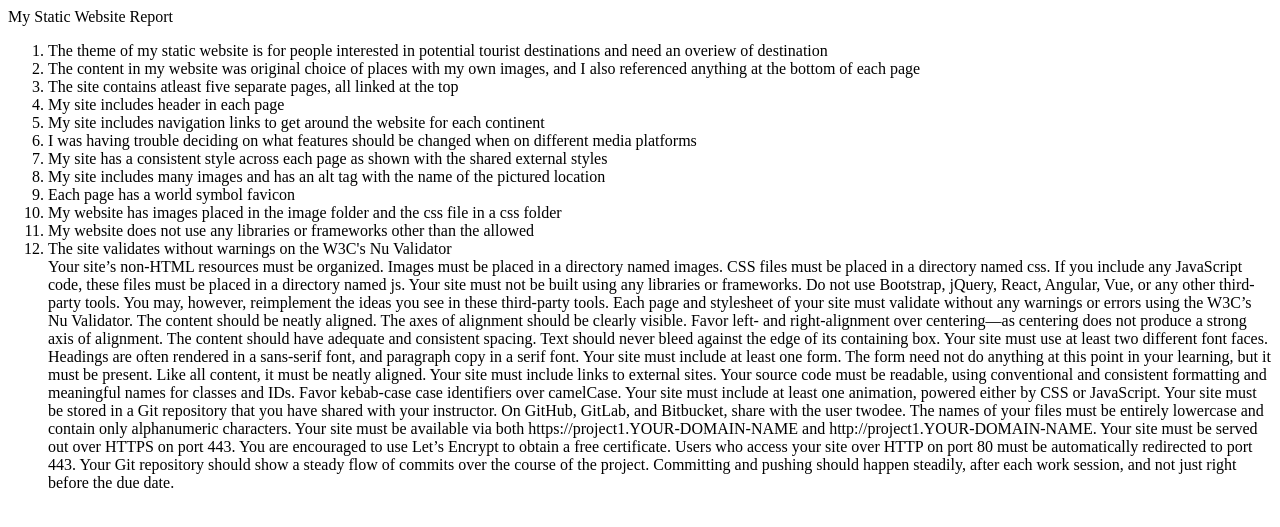
Repository: alharama/StaticWebsite
Page: report.html
The author's editor kept a copy of each file at every save. The page is drawn from the files as they stood at one save, then again after the next save.
The browser window is 1280 px wide. The pictures show the whole page.

Above is the page before, as saved 2021-09-30 01:46:35.

After the next save:
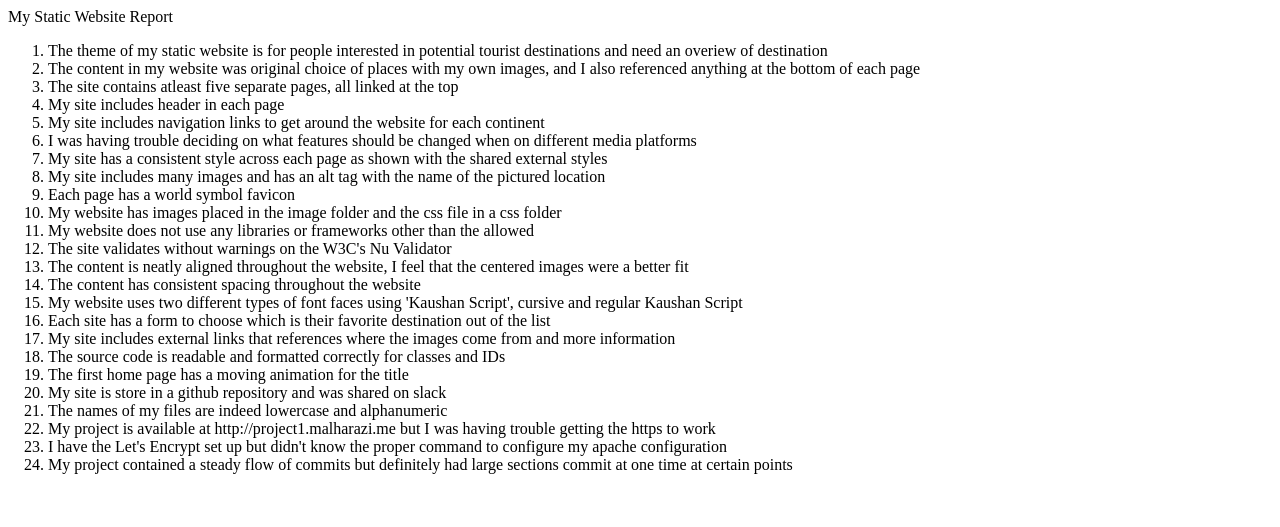
Saved 5 min 45 s later.
--- a/report.html
+++ b/report.html
@@ -25,24 +25,18 @@
         <li> My website has images placed in the image folder and the css file in a css folder</li>
         <li> My website does not use any libraries or frameworks other than the allowed</li>
         <li> The site validates without warnings on the W3C's Nu Validator</li>
-
-
-Your site’s non-HTML resources must be organized. Images must be placed in a directory named images. CSS files must be placed in a directory named css. If you include any JavaScript code, these files must be placed in a directory named js.
-Your site must not be built using any libraries or frameworks. Do not use Bootstrap, jQuery, React, Angular, Vue, or any other third-party tools. You may, however, reimplement the ideas you see in these third-party tools.
-Each page and stylesheet of your site must validate without any warnings or errors using the W3C’s Nu Validator.
-The content should be neatly aligned. The axes of alignment should be clearly visible. Favor left- and right-alignment over centering—as centering does not produce a strong axis of alignment.
-The content should have adequate and consistent spacing. Text should never bleed against the edge of its containing box.
-Your site must use at least two different font faces. Headings are often rendered in a sans-serif font, and paragraph copy in a serif font.
-Your site must include at least one form. The form need not do anything at this point in your learning, but it must be present. Like all content, it must be neatly aligned.
-Your site must include links to external sites.
-Your source code must be readable, using conventional and consistent formatting and meaningful names for classes and IDs. Favor kebab-case case identifiers over camelCase.
-Your site must include at least one animation, powered either by CSS or JavaScript.
-Your site must be stored in a Git repository that you have shared with your instructor. On GitHub, GitLab, and Bitbucket, share with the user twodee.
-The names of your files must be entirely lowercase and contain only alphanumeric characters.
-Your site must be available via both https://project1.YOUR-DOMAIN-NAME and http://project1.YOUR-DOMAIN-NAME.
-Your site must be served out over HTTPS on port 443. You are encouraged to use Let’s Encrypt to obtain a free certificate.
-Users who access your site over HTTP on port 80 must be automatically redirected to port 443.
-Your Git repository should show a steady flow of commits over the course of the project. Committing and pushing should happen steadily, after each work session, and not just right before the due date.
+        <li> The content is neatly aligned throughout the website, I feel that the centered images were a better fit</li>
+        <li> The content has consistent spacing throughout the website</li>
+        <li> My website uses two different types of font faces using 'Kaushan Script', cursive and regular Kaushan Script</li>
+        <li> Each site has a form to choose which is their favorite destination out of the list</li>
+        <li> My site includes external links that references where the images come from and more information</li>
+        <li> The source code is readable and formatted correctly for classes and IDs</li>
+        <li> The first home page has a moving animation for the title</li>
+        <li> My site is store in a github repository and was shared on slack</li>
+        <li> The names of my files are indeed lowercase and alphanumeric </li>
+        <li> My project is available at http://project1.malharazi.me but I was having trouble getting the https to work </li>
+        <li> I have the Let's Encrypt set up but didn't know the proper command to configure my apache configuration</li>
+        <li> My project contained a steady flow of commits but definitely had large sections commit at one time at certain points</li>
     </ol>
 
 
